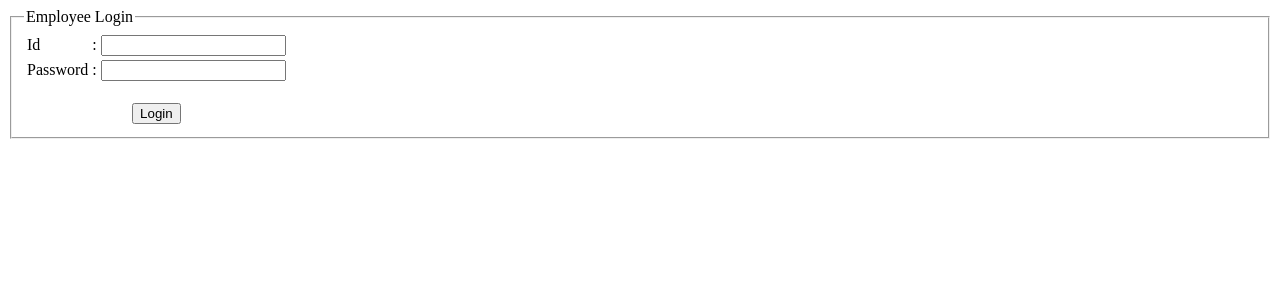
Repository: MamathaManchala/TY_CG_HTD_BangloreNovember_JFS_MamathaManchala
Page: BackEnd/servelets/mywebapp/src/main/webapp/loginPage.html
An editor plug-in stored every save of this project. The page is shown before and after the next save, followed by the edit.
The browser window is 1280 px wide. The pictures show the whole page.

Above is the page before, as saved 2019-12-17 12:31:56.

After the next save:
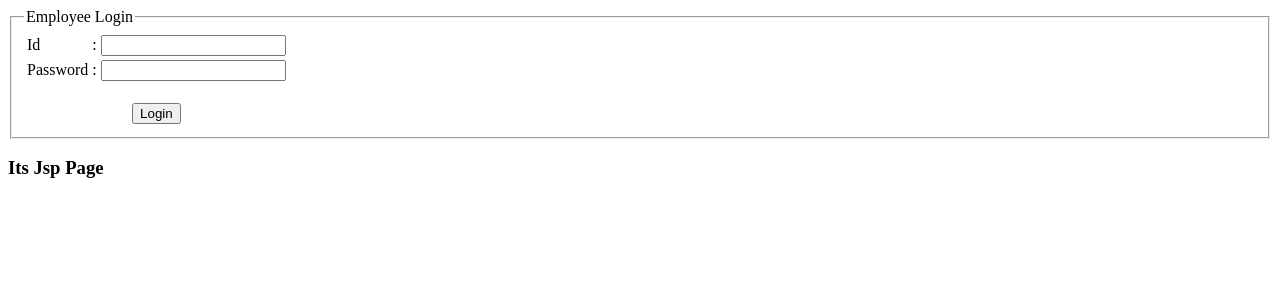
Saved 57 s later.
--- a/BackEnd/servelets/mywebapp/src/main/webapp/loginPage.html
+++ b/BackEnd/servelets/mywebapp/src/main/webapp/loginPage.html
@@ -26,5 +26,7 @@
 			</table>
 		</form>
 	</fieldset>
+
+	<h3>Its Jsp Page</h3>
 </body>
 </html>

After the 2 saves that followed:
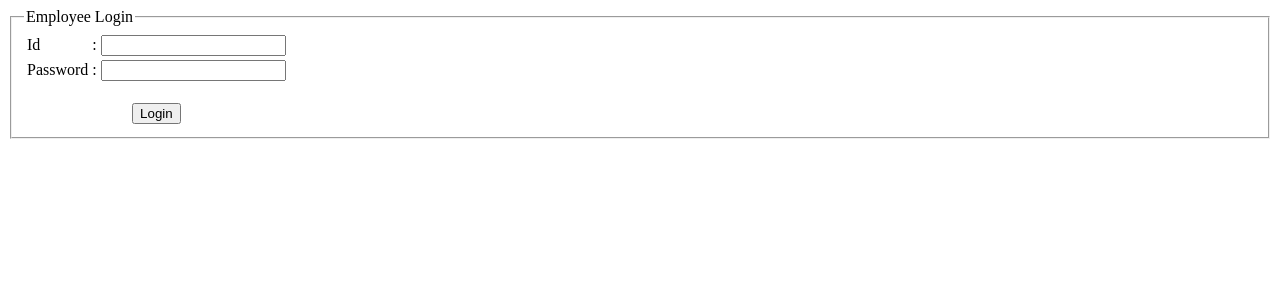
The 2 saves are shown as one change because 1 left the picture as it was.
The last was saved 2 min 5 s later.
--- a/BackEnd/servelets/mywebapp/src/main/webapp/loginPage.html
+++ b/BackEnd/servelets/mywebapp/src/main/webapp/loginPage.html
@@ -27,6 +27,7 @@
 		</form>
 	</fieldset>
 
-	<h3>Its Jsp Page</h3>
+
+
 </body>
 </html>
